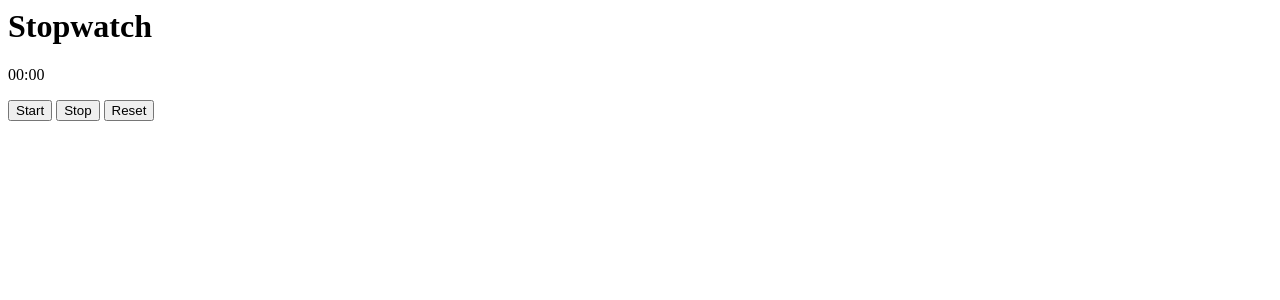
Repository: LeyaAbraham/web-dev
Page: clock.html
These files come from the project's save history. The page is drawn as it stood at one moment and after the next save; the edit follows.
The browser window is 1280 px wide. The pictures show the whole page.

Above is the page before, as saved 2021-01-05 21:45:55.

### clock.html
<div>
    <h1>Stopwatch</h1>
    <p><span id="seconds">00</span>:<span id="tens">00</span></p>
    <button id="start">Start</button>
    <button id="stop">Stop</button>
    <button id="button-reset">Reset</button>
</div>

### style.css
.wrap {
    background-color: lightskyblue;
    border-color: lightyellow;
}

After the next save:
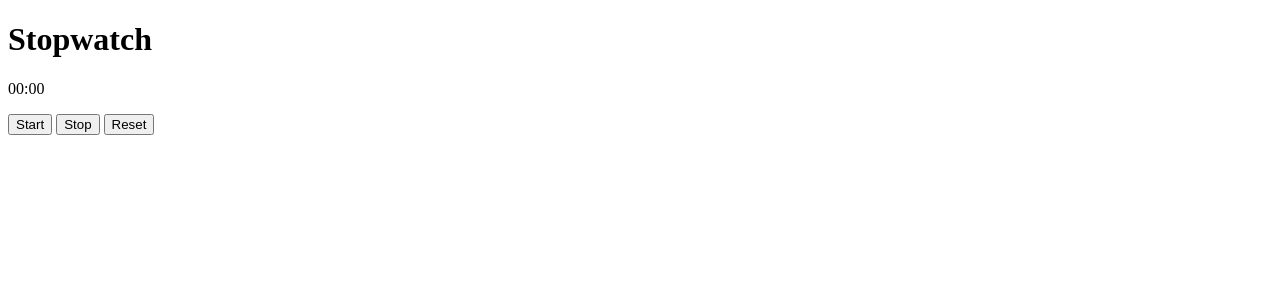
Saved 6 s later.
--- a/clock.html
+++ b/clock.html
@@ -1,7 +1,19 @@
-<div>
-    <h1>Stopwatch</h1>
-    <p><span id="seconds">00</span>:<span id="tens">00</span></p>
-    <button id="start">Start</button>
-    <button id="stop">Stop</button>
-    <button id="button-reset">Reset</button>
-</div>
+<!DOCTYPE html>
+<html>
+
+<head>
+    <title>Page Title</title>
+    <link rel="stylesheet" href="style.css" type="text/css" </head>
+
+<body>
+
+    <div id="wrap">
+        <h1>Stopwatch</h1>
+        <p><span id="seconds">00</span>:<span id="tens">00</span></p>
+        <button id="start">Start</button>
+        <button id="stop">Stop</button>
+        <button id="button-reset">Reset</button>
+    </div>
+</body>
+
+</html>
